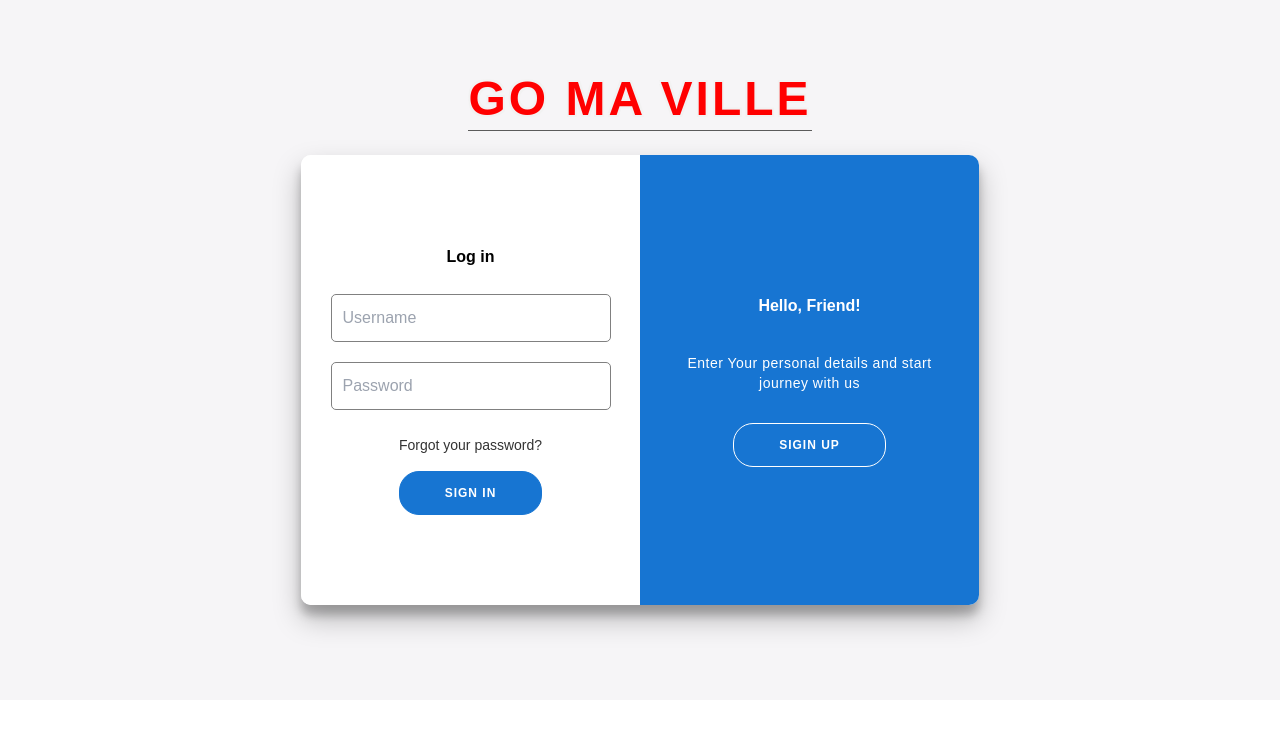
Repository: HaithemBenSlama/chatbot-front
Page: /
An editor plug-in stored every save of this project. The page is shown before and after the next save, followed by the edit.
The browser window is 1280 px wide. The pictures show the whole page.
The project was rebuilt for these pictures with package versions that can differ from the ones it lists, and the page was loaded fresh each time. Also part of the build but not shown: src/App.css.

Above is the page before, as saved 2023-05-01 20:13:04.

### src/App.js
import './App.css';
import Login from './Components/Login.jsx'

function App() {
  return (
    <Login/>
  );
}

export default App;

### src/Components/Login.jsx
import React from "react";
import "./login.css";
import * as Components from './Components';
import   { useState } from 'react';
import { useCookies } from "react-cookie";
import FormInput from "./FormInput";

const Login = () => {
    const [token,setToken]=useCookies(["user-token"]);
    const [signIn, toggle] = React.useState(true);
    const [data, setData] = useState();

    const [values, setValues] = useState({
        username: "",
        password: "",
    });
    const onChange = (e) => {
            setValues({ ...values, [e.target.name]: e.target.value });
    };

    const [valuesCreate, setValuesCreate] = useState({
        username: "",
        city: "",
        email: "",
        password: "",
    });
    const onChangeCreate = (e) => {
        setValuesCreate({ ...valuesCreate, [e.target.name]: e.target.value });
    };
    const handleSubmit = (e) => {
        e.preventDefault();
    };

    const inputs = [
        {
        id: 1,
        name: "username",
        type: "text",
        placeholder: "Username",
        errorMessage:
            "Username should be 3-16 characters and shouldn't include any special character!",
        label: "Username",
        pattern: "^[A-Za-z0-9]{3,16}$",
        required: true,
        },
        {
        id: 2,
        name: "password",
        type: "password",
        placeholder: "Password",
        errorMessage:
            "Password should be 8-20 characters and include at least 1 letter and 1 number!",
        label: "Password",
        pattern: `^(?=.*[0-9])(?=.*[a-zA-Z])[a-zA-Z0-9!@#$%^&*]{8,20}$`,
        required: true,
        },
    ];

    const inputsCreate = [
        {
        id: 1,
        name: "username",
        type: "text",
        placeholder: "Username",
        errorMessage:
            "Username should be 3-16 characters and shouldn't include any special character!",
        label: "Username",
        pattern: "^[A-Za-z0-9]{3,16}$",
        required: true,
        },
        {
            id: 2,
            name: "city",
            type: "text",
            placeholder: "City",
            errorMessage:
                "City name should be 3-16 characters and shouldn't include any special character!",
            label: "City",
            pattern: "^[A-Za-z]{3,16}$",
            required: true,
            },
        {
        id: 3,
        name: "email",
        type: "email",
        placeholder: "Email",
        errorMessage: "It should be a valid email address!",
        label: "Email",
        required: true,
        },
        {
        id: 4,
        name: "password",
        type: "password",
        placeholder: "Password",
        errorMessage:
            "Password should be 8-20 characters and include at least 1 letter and 1 number!",
        label: "Password",
        pattern: `^(?=.*[0-9])(?=.*[a-zA-Z])[a-zA-Z0-9!@#$%^&*]{8,20}$`,
        required: true,
        },
    ];

    const submitLog = async (e) => {
        e.preventDefault()
        const user = {
            username: values.username,
            password: values.password
        };
        const response=await fetch('http://127.0.0.1:8000/user/verif_user_login/', {
            method: 'POST',
            headers: {
                'accept': '*/*',
                'Content-Type':'multipart/form-data; boundary=--------------------------499310528544182401120976',
            },
            body:JSON.stringify(user)
        })
        const responseJson=await response.json();
        setToken("user-token",responseJson.usertoken);
    };

    const submitCreate = async (e) => {

        e.preventDefault()
        const user = {
            username: valuesCreate.username,
            city: valuesCreate.city,
            email: valuesCreate.email,
            password: valuesCreate.password
        };
        const response=await fetch('http://127.0.0.1:8000/user/verif_user/', {
            method: 'POST',
            headers: {
                'accept': '*/*',
                'Content-Type':'multipart/form-data; boundary=--------------------------499310528544182401120976',
            },
            body:JSON.stringify(user)
        })
        const responseJson=await response.json();
        setToken("user-token",responseJson.usertoken);
    };


        return(
            <div className="comp_body"><h1 className="logTitle">Go Ma Ville</h1>
                <Components.Container>
                    <Components.SignUpContainer signinIn={signIn}>
                        <Components.Form  onSubmit={handleSubmit} >
                            <Components.Title>Create Account</Components.Title>
                            {inputsCreate.map((input) => (
                                <FormInput
                                    key={input.id}
                                    {...input}
                                    value={valuesCreate[input.name]}
                                    onChange={onChangeCreate}
                                />
                                ))}
                            <Components.Button onClick={submitCreate}>Sign Up</Components.Button>
                        </Components.Form>
                    </Components.SignUpContainer>

                    <Components.SignInContainer signinIn={signIn}>
                        <Components.Form >
                            <Components.Title>Log in</Components.Title>
                            {inputs.map((input) => (
                                <FormInput
                                    key={input.id}
                                    {...input}
                                    value={values[input.name]}
                                    onChange={onChange}
                                />
                                ))}
                            <Components.Anchor href='#'>Forgot your password?</Components.Anchor>
                            <Components.Button onClick={submitLog} >Sign In</Components.Button>
                        </Components.Form>
                    </Components.SignInContainer>

                    <Components.OverlayContainer signinIn={signIn}>
                    <Components.Overlay signinIn={signIn}>

                    <Components.LeftOverlayPanel signinIn={signIn}>
                        <Components.Title>Welcome Back!</Components.Title>
                        <Components.Paragraph>
                            To keep connected with us please login with your personal info
                        </Components.Paragraph>
                        <Components.GhostButton onClick={() => toggle(true)}>
                            Sign In
                        </Components.GhostButton>
                        </Components.LeftOverlayPanel>

                        <Components.RightOverlayPanel signinIn={signIn}>
                            <Components.Title>Hello, Friend!</Components.Title>
                            <Components.Paragraph>
                                Enter Your personal details and start journey with us
                            </Components.Paragraph>
                                <Components.GhostButton onClick={() => toggle(false)}>
                                    Sigin Up
                                </Components.GhostButton>
                        </Components.RightOverlayPanel>

                    </Components.Overlay>
                </Components.OverlayContainer>

            </Components.Container>
        </div>
        )
}

export default Login;

### src/Components/login.css
* {
    box-sizing: border-box;
}

.comp_body {
    background: #f6f5f7;
    display: flex;
    justify-content: center;
    align-items: center;
    flex-direction: column;
    font-family: "Montserrat", sans-serif;
    height: 100vh;
    margin: -20px 0 50px;
}
.logTitle {
    font-size: 3rem;
    font-weight: 600;
    text-align: center;
    margin-bottom: 2rem;
    color: red;
    text-shadow: 2px 2px 0px #f2f2f2, -2px -2px 0px #f2f2f2, 2px -2px 0px #f2f2f2, -2px 2px 0px #f2f2f2;
    text-transform: uppercase;
    letter-spacing: 3px;
    line-height: 1;
    position: relative;
}
.logTitle:before{
    content: "";
    width: 100%;
    height: 1px;
    position: absolute;
    bottom: -0.5rem;
    left: 0;
    background-color: #5c5c5c;
}

### src/Components/Components.js
import styled from 'styled-components';

export const Container = styled.div`
background-color: #fff;
border-radius: 10px;
box-shadow: 0 14px 28px rgba(0, 0, 0, 0.25), 0 10px 10px rgba(0, 0, 0, 0.22);
position: relative;
overflow: hidden;
width: 678px;
max-width: 100%;
min-height: 450px;
`;

export const SignUpContainer = styled.div`
position: absolute;
top: 0;
height: 100%;
transition: all 0.6s ease-in-out;
left: 0;
width: 50%;
opacity: 0;
z-index: 1;
${props => props.signinIn !== true ? `
    transform: translateX(100%);
    opacity: 1;
    z-index: 5;
`
: null}
`;


export const SignInContainer = styled.div`
position: absolute;
top: 0;
height: 100%;
transition: all 0.6s ease-in-out;
left: 0;
width: 50%;
z-index: 2;
${props => (props.signinIn !== true ? `transform: translateX(100%);` : null)}
`;

export const Form = styled.div`
background-color: #ffffff;
display: flex;
align-items: center;
justify-content: center;
flex-direction: column;
padding: 0 50px;
height: 100%;
text-align: center;
`;

export const Title = styled.h1`
font-weight: bold;
margin-bottom: 15px;
`;

export const Input = styled.input`
background-color: #eee;
border: none;
padding: 12px 15px;
margin: 8px 0;
width: 100%;
`;


export const Button = styled.button`
    border-radius: 20px;
    border: 1px solid #1775d2;
    background-color: #1775d2;
    color: #ffffff;
    font-size: 12px;
    font-weight: bold;
    padding: 12px 45px;
    letter-spacing: 1px;
    text-transform: uppercase;
    transition: transform 80ms ease-in;
    &:active{
        transform: scale(0.95);
    }
    &:focus {
        outline: none;
    }
`;
export const GhostButton = styled(Button)`
background-color: transparent;
border-color: #ffffff;
`;

export const Anchor = styled.a`
color: #333;
font-size: 14px;
text-decoration: none;
margin: 15px 0;
`;
export const OverlayContainer = styled.div`
position: absolute;
top: 0;
left: 50%;
width: 50%;
height: 100%;
overflow: hidden;
transition: transform 0.6s ease-in-out;
z-index: 100;
${props =>
props.signinIn !== true ? `transform: translateX(-100%);` : null}
`;

export const Overlay = styled.div`
background: #1775d2;
background: -webkit-linear-gradient(to right, #1775d2, #25b579);
background: linear-gradient(to right, #1775d2,#1775d2);
background-repeat: no-repeat;
background-size: cover;
background-position: 0 0;
color: #ffffff;
position: relative;
left: -100%;
height: 100%;
width: 200%;
transform: translateX(0);
transition: transform 0.6s ease-in-out;
${props => (props.signinIn !== true ? `transform: translateX(50%);` : null)}
`;

export const OverlayPanel = styled.div`
    position: absolute;
    display: flex;
    align-items: center;
    justify-content: center;
    flex-direction: column;
    padding: 0 40px;
    text-align: center;
    top: 0;
    height: 100%;
    width: 50%;
    transform: translateX(0);
    transition: transform 0.6s ease-in-out;
`;

export const LeftOverlayPanel = styled(OverlayPanel)`
transform: translateX(-20%);
${props => props.signinIn !== true ? `transform: translateX(0);` : null}
`;

export const RightOverlayPanel = styled(OverlayPanel)`
    right: 0;
    transform: translateX(0);
    ${props => props.signinIn !== true ? `transform: translateX(20%);` : null}
`;

export const Paragraph = styled.p`
font-size: 14px;
font-weight: 100;
line-height: 20px;
letter-spacing: 0.5px;
margin: 20px 0 30px
`;

### src/Components/FormInput.jsx
import { useState } from "react";
import "./form-input.css";

const FormInput = (props) => {
const [focused, setFocused] = useState(false);
const { label, errorMessage, onChange, id, ...inputProps } = props;

const handleFocus = (e) => {
    setFocused(true);
};

return (
    <div className="formInput">
    <input className="inputAuth"
        {...inputProps}
        onChange={onChange}
        onBlur={handleFocus}
        onFocus={() =>
        inputProps.name === "confirmPassword" && setFocused(true)
        }
        focused={focused.toString()}
    />
    <span className="spanAuth">{errorMessage}</span>
    </div>
);
};

export default FormInput;

### src/Components/form-input.css
.formInput{
    display: flex;
    flex-direction: column;
    width: 280px;
}

.inputAuth{
    padding: 11px;
    margin: 10px 0px;
    border-radius: 5px;
    border: 1px solid gray;
}


.spanAuth{
    font-size: 10px;
    padding: 1px;
    color: red;
    display: none;
}

.inputAuth:invalid[focused="true"]{
    border: 1px solid red;
}

.inputAuth:invalid[focused="true"] ~ .spanAuth{
    display: block;
}

Loaded but not shown: public/index.html (common file); src/index.js (common file); src/index.css (common file); src/reportWebVitals.js (common file); tailwind.config.js (common file)

After the next save:
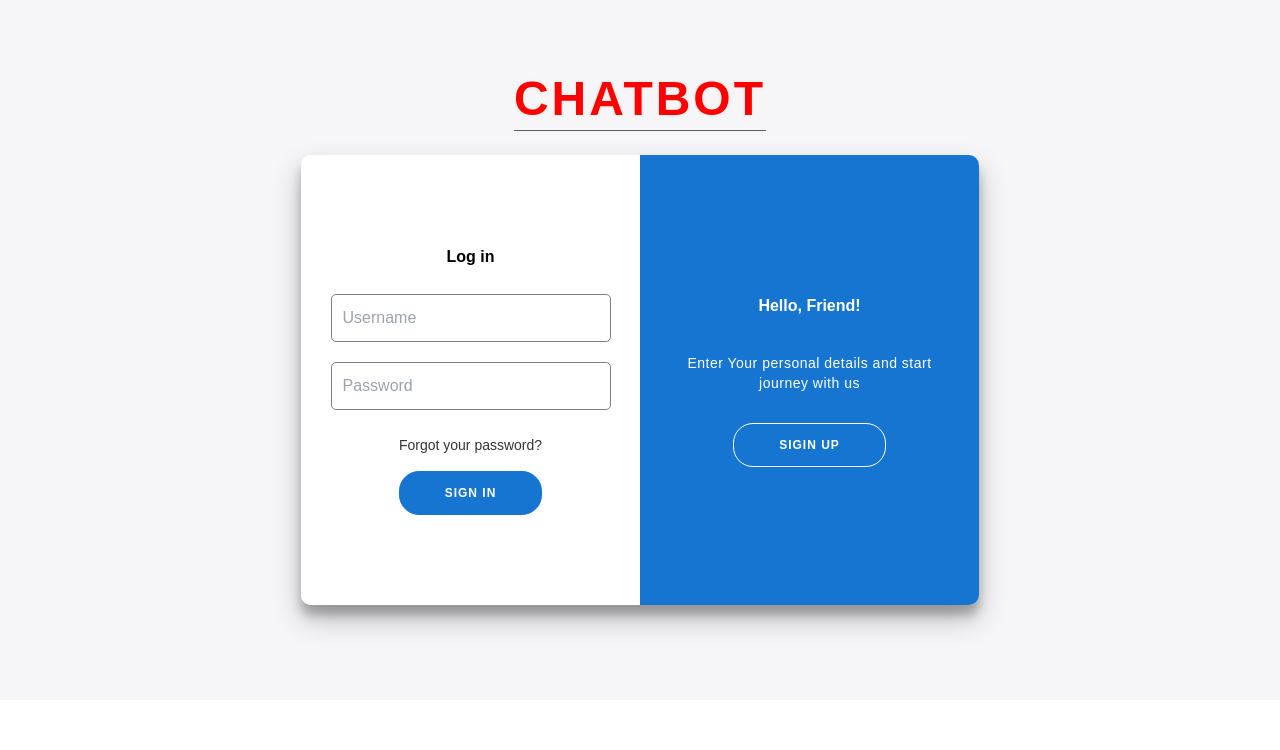
Saved 1 s later.
--- a/src/Components/Login.jsx
+++ b/src/Components/Login.jsx
@@ -142,7 +142,7 @@ const Login = () => {
 
 
         return(
-            <div className="comp_body"><h1 className="logTitle">Go Ma Ville</h1>
+            <div className="comp_body"><h1 className="logTitle">ChatBot</h1>
                 <Components.Container>
                     <Components.SignUpContainer signinIn={signIn}>
                         <Components.Form  onSubmit={handleSubmit} >
